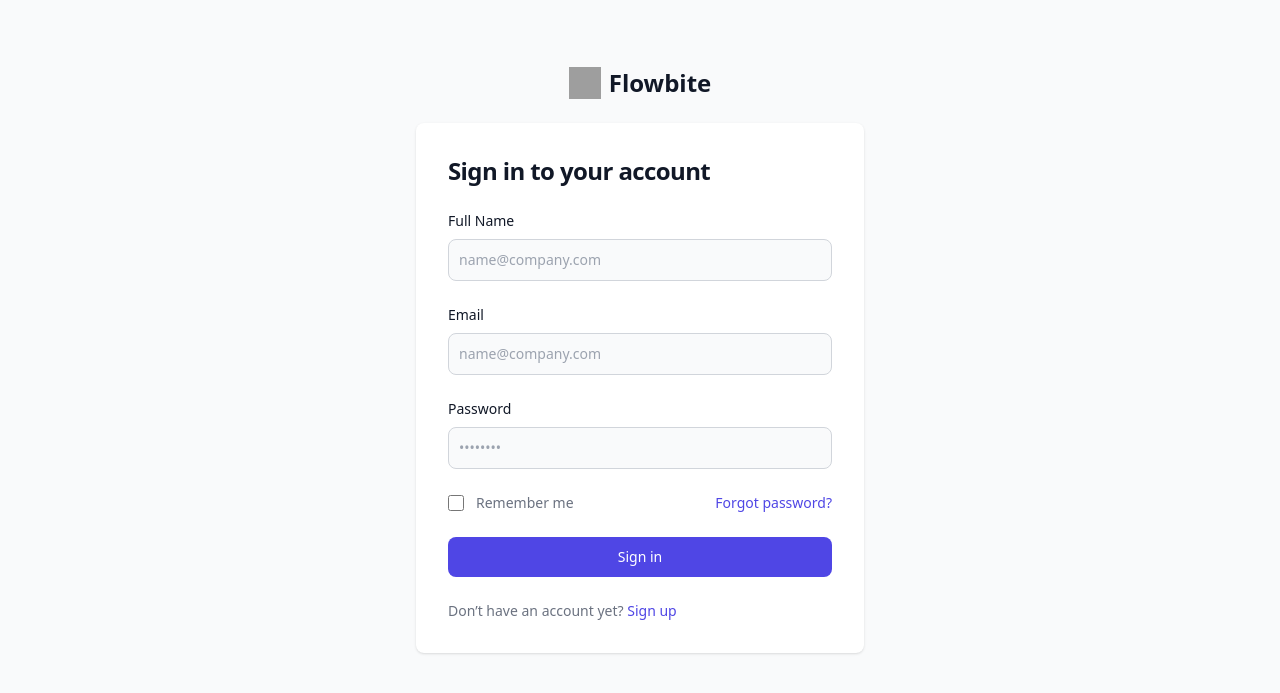
Repository: Narain-Singaram/Coreverse-SMP-Project
Page: http://localhost/app/frontend/account/reg.php
The author's editor kept a copy of each file at every save. The page is drawn from the files as they stood at one save, then again after the next save.
The browser window is 1280 px wide. The pictures show the whole page.
Pictures or frames that could not be fetched are drawn as grey boxes. Some web libraries are served in a nearby version. The page is run by PHP 8.4 with error messages shown; the project is at /var/www/html/.

Above is the page before, as saved 2022-11-06 13:55:57.

### app/frontend/account/reg.php
<?php
        include("../../../configurations/configurations.php");
        include("../../../app\backend\inc\manager/reg_manager.php");
?>
    <section class="bg-gray-50">
    <div class="flex flex-col items-center justify-center px-6 py-8 mx-auto md:h-screen lg:py-0">
        <a href="#" class="flex items-center mb-6 text-2xl font-semibold text-gray-900">
            <img class="w-8 h-8 mr-2" src="https://flowbite.s3.amazonaws.com/blocks/marketing-ui/logo.svg" alt="logo">
            Flowbite
        </a>
        <div class="w-full bg-white rounded-lg shadow md:mt-0 sm:max-w-md xl:p-0">
            <div class="p-6 space-y-4 md:space-y-6 sm:p-8">
                <h1 class="text-xl font-bold leading-tight tracking-tight text-gray-900 md:text-2xl">
                    Sign in to your account
                </h1>
                <form class="space-y-4 md:space-y-6" action="#">
                    <div>
                        <label for="email" class="block mb-2 text-sm font-medium text-gray-900">Full Name</label>
                        <input type="email" name="email" id="email" class="bg-gray-50 border border-gray-300 text-gray-900 sm:text-sm rounded-lg focus:ring-indigo-600 focus:border-indigo-600 block w-full p-2.5" placeholder="name@company.com" required="">
                    </div>
                    <div>
                        <label for="email" class="block mb-2 text-sm font-medium text-gray-900">Email</label>
                        <input type="email" name="email" id="email" class="bg-gray-50 border border-gray-300 text-gray-900 sm:text-sm rounded-lg focus:ring-indigo-600 focus:border-indigo-600 block w-full p-2.5" placeholder="name@company.com" required="">
                    </div>
                    <div>
                        <label for="password" class="block mb-2 text-sm font-medium text-gray-900">Password</label>
                        <input type="password" name="password" id="password" placeholder="••••••••" class="bg-gray-50 border border-gray-300 text-gray-900 sm:text-sm rounded-lg focus:ring-indigo-600 focus:border-indigo-600 block w-full p-2.5" required="">
                    </div>
                    <div class="flex items-center justify-between">
                        <div class="flex items-start">
                            <div class="flex items-center h-5">
                                <input id="remember" aria-describedby="remember" type="checkbox" class="w-4 h-4 border border-gray-300 rounded bg-gray-50 focus:ring-3 focus:ring-indigo-300" required="">
                            </div>
                            <div class="ml-3 text-sm">
                                <label for="remember" class="text-gray-500">Remember me</label>
                            </div>
                        </div>
                        <a href="#" class="text-sm font-medium text-indigo-600 hover:underline">Forgot password?</a>
                    </div>
                    <button type="submit" class="w-full text-white bg-indigo-600 hover:bg-indigo-700 focus:ring-4 focus:outline-none focus:ring-indigo-300 font-medium rounded-lg text-sm px-5 py-2.5 text-center">Sign in</button>
                    <p class="text-sm font-light text-gray-500">
                        Don’t have an account yet? <a href="#" class="font-medium text-indigo-600 hover:underline">Sign up</a>
    </p>
                </form>
            </div>
        </div>
    </div>
    </section>



<script src="https://cdn.tailwindcss.com"></script>

### configurations/configurations.php
<?php
ob_start(); //Turns on output buffering
session_start();

    $timezone = date_default_timezone_set("America/New_York");
    $con = mysqli_connect("localhost", "root", "", "coreverse");

    if(mysqli_connect_errno()) {
    echo "Failed to connect: " . mysqli_connect_errno();
    }
?>

Loaded but not shown: app/backend/inc/manager/reg_manager.php (no stored copy; drawn as an empty file)

After the next save:
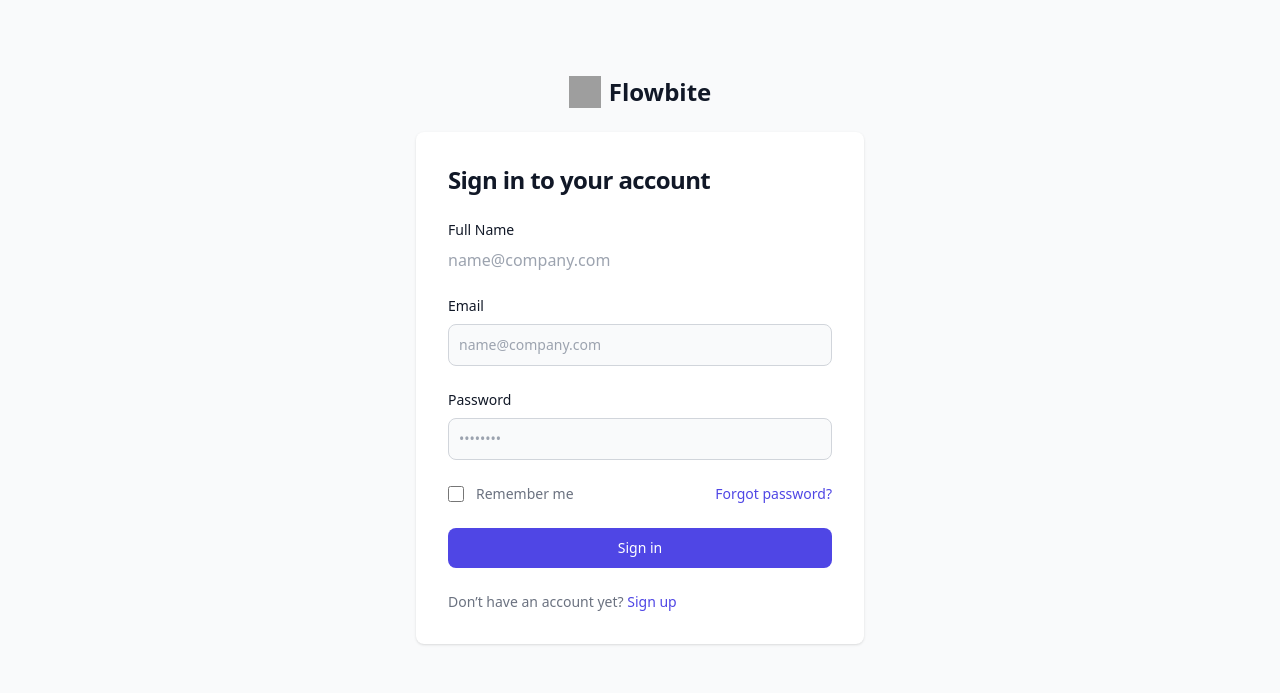
Saved 52 s later.
--- a/app/frontend/account/reg.php
+++ b/app/frontend/account/reg.php
@@ -16,7 +16,7 @@
                 <form class="space-y-4 md:space-y-6" action="#">
                     <div>
                         <label for="email" class="block mb-2 text-sm font-medium text-gray-900">Full Name</label>
-                        <input type="email" name="email" id="email" class="bg-gray-50 border border-gray-300 text-gray-900 sm:text-sm rounded-lg focus:ring-indigo-600 focus:border-indigo-600 block w-full p-2.5" placeholder="name@company.com" required="">
+                        <input type="email" name="email" id="email"class="input w-full max-w-xs" placeholder="name@company.com" required="">
                     </div>
                     <div>
                         <label for="email" class="block mb-2 text-sm font-medium text-gray-900">Email</label>

After the save that followed:
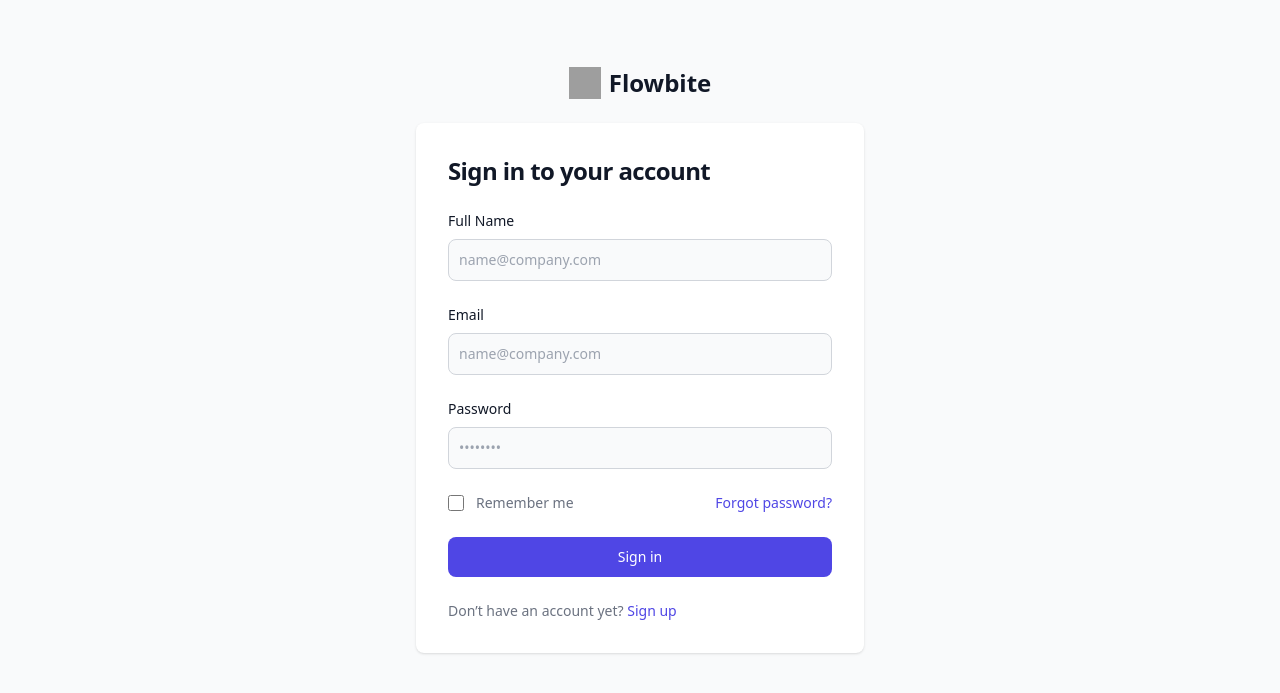
Saved 7 s later.
--- a/app/frontend/account/reg.php
+++ b/app/frontend/account/reg.php
@@ -16,7 +16,7 @@
                 <form class="space-y-4 md:space-y-6" action="#">
                     <div>
                         <label for="email" class="block mb-2 text-sm font-medium text-gray-900">Full Name</label>
-                        <input type="email" name="email" id="email"class="input w-full max-w-xs" placeholder="name@company.com" required="">
+                        <input type="email" name="email" id="email" class="bg-gray-50 border border-gray-300 text-gray-900 sm:text-sm rounded-lg focus:ring-indigo-600 focus:border-indigo-600 block w-full p-2.5" placeholder="name@company.com" required="">
                     </div>
                     <div>
                         <label for="email" class="block mb-2 text-sm font-medium text-gray-900">Email</label>
